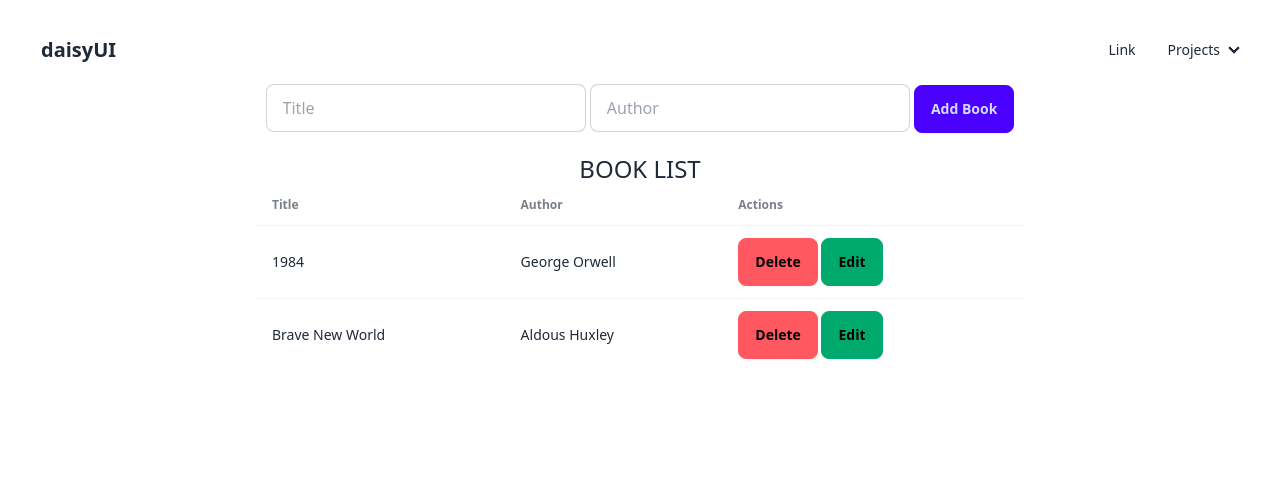
Repository: sibi24sibi/Crud-app-svelte
Page: /
An editor plug-in stored every save of this project. The page is shown before and after the next save, followed by the edit.
The browser window is 1280 px wide. The pictures show the whole page.
The project was rebuilt for these pictures with package versions that can differ from the ones it lists, and the page was loaded fresh each time. Also part of the build but not shown: svelte.config.js, vite.config.js.

Above is the page before, as saved 2024-06-30 19:06:21.

### index.html
<!doctype html>
<html lang="en" data-theme="light">
  <head>
    <meta charset="UTF-8" />
    <link rel="icon" type="image/svg+xml" href="/vite.svg" />
    <meta name="viewport" content="width=device-width, initial-scale=1.0" />
    <title>Vite + Svelte</title>
  </head>
  <body>
    <div id="app"></div>
    <script type="module" src="/src/main.js"></script>
  </body>
</html>

### src/App.svelte
<script>
  import Navbar from "./Components/Navbar.svelte";

  import AddBook from "./Components/AddBook.svelte";
  import BookList from "./Components/BookList.svelte";
</script>

<main>
  <Navbar />

  <AddBook />
  <BookList />
</main>

<style>
  main {
    text-align: center;
    padding: 1em;
    margin: 0 auto;
  }
</style>

### src/Components/Navbar.svelte
<script></script>

<body>
  <div class="navbar bg-base-100">
    <div class="flex-1">
      <a class="btn btn-ghost text-xl">daisyUI</a>
    </div>
    <div class="flex-none">
      <ul class="menu menu-horizontal px-1">
        <li><a>Link</a></li>
        <li>
          <details>
            <summary>Projects</summary>
            <ul class="bg-base-100 rounded-t-none p-2">
              <li><a>Video player</a></li>
              <li><a>data entry</a></li>
            </ul>
          </details>
        </li>
      </ul>
    </div>
  </div>
</body>

<style>
</style>

### src/Components/AddBook.svelte
<script>
  import { books } from "./BookStore.js";
  let title = "";
  let author = "";

  function addBook() {
    books.update((items) => [
      ...items,
      { id: items.length ? items[items.length - 1].id + 1 : 1, title, author },
    ]);
    title = "";
    author = "";
  }
</script>

<div class="">
  <input
    placeholder="Title"
    class="input input-bordered w-full max-w-xs"
    bind:value={title}
  />
  <input
    placeholder="Author"
    class="input input-bordered w-full max-w-xs"
    bind:value={author}
  />
  <button class="btn btn-primary" {addBook}>Add Book</button>
</div>

### src/Components/BookList.svelte
<script>
  import { books } from "./BookStore.js";
  let editableBook = null;

  function deleteBook(id) {
    books.update((items) => items.filter((item) => item.id !== id));
  }

  function editBook(book) {
    editableBook = { ...book };
  }

  function saveEdit() {
    books.update((items) =>
      items.map((item) => (item.id === editableBook.id ? editableBook : item))
    );
    editableBook = null;
  }
</script>

<div class="overflow-x-auto max-w-3xl mx-auto my-5">
  <h1 class="text-2xl uppercase">Book List</h1>
  <table class="table">
    <thead>
      <tr>
        <th>Title</th>
        <th>Author</th>
        <th>Actions</th>
      </tr>
    </thead>
    <tbody>
      {#each $books as book}
        <tr>
          {#if editableBook && editableBook.id === book.id}
            <td
              ><input
                class="input input-bordered"
                bind:value={editableBook.title}
              /></td
            >

            <td>
              <input
                class="input input-bordered"
                bind:value={editableBook.author}
              /></td
            >
            <td>
              <button class="btn btn-primary" on:click={saveEdit}>Save</button
              ></td
            >
          {:else}
            <td>{book.title} </td> <td> {book.author} </td>
            <td
              ><button
                class="btn btn-error"
                on:click={() => deleteBook(book.id)}>Delete</button
              >
              <button class="btn btn-success" on:click={() => editBook(book)}
                >Edit</button
              ></td
            >
          {/if}
        </tr>
      {/each}
    </tbody>
  </table>
</div>

### src/Components/BookStore.js
import { writable } from "svelte/store";

export const books = writable([
  { id: 1, title: "1984", author: "George Orwell" },
  { id: 2, title: "Brave New World", author: "Aldous Huxley" },
]);

### tailwind.config.js
/** @type {import('tailwindcss').Config} */
export default {
  content: ["./index.html", "./src/**/*.{svelte,js,ts,jsx,tsx}"],
  theme: {
    extend: {},
  },
  plugins: [require("daisyui")],
};

Loaded but not shown: src/main.js (common file); src/app.css (common file)

After the next save:
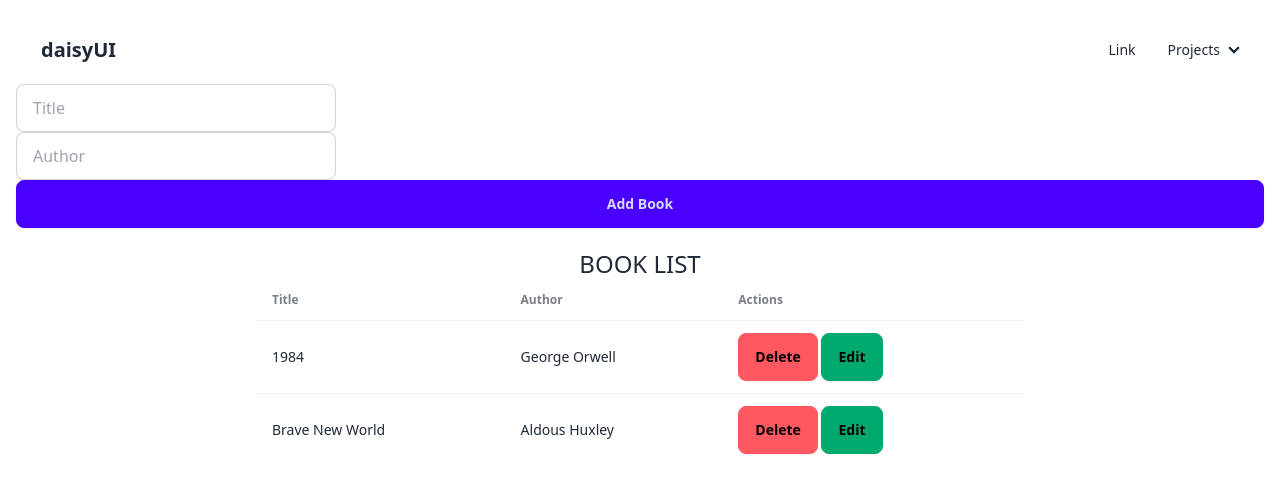
Saved 12 s later.
--- a/src/Components/AddBook.svelte
+++ b/src/Components/AddBook.svelte
@@ -13,7 +13,7 @@
   }
 </script>
 
-<div class="">
+<div class="flex flex-col">
   <input
     placeholder="Title"
     class="input input-bordered w-full max-w-xs"
